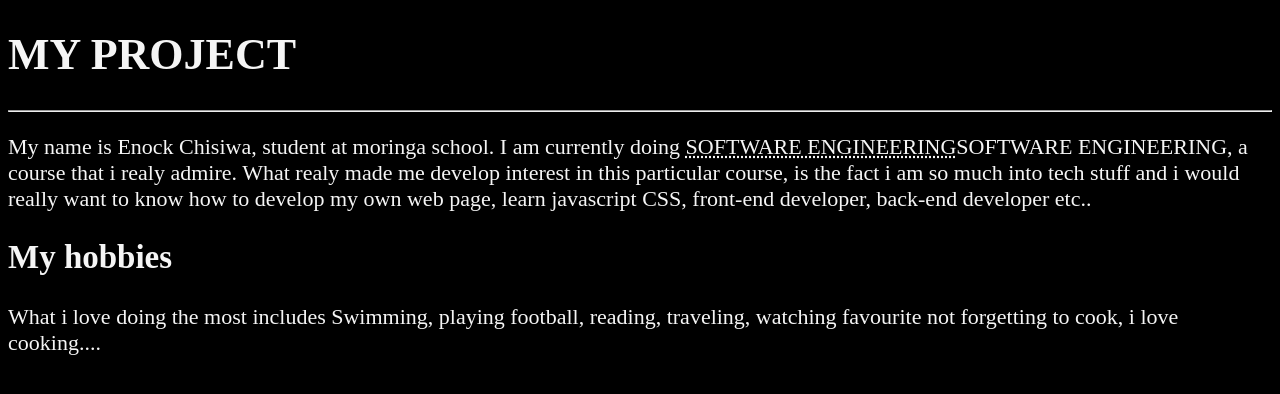
Repository: chiscobyte/README.md
Page: my project/index.html
These files come from the project's save history. The page is drawn as it stood at one moment and after the next save; the edit follows.
The browser window is 1280 px wide. The pictures show the whole page.

Above is the page before, as saved 2025-02-22 18:55:33.

### my project/index.html
<!DOCTYPE html>
<html lang="en">
<head>
    <meta charset="UTF-8">
    <meta name="Author" content="Enock Chisiwa">
    <title>Chisiwa web</title>
    <style>
        html {font-size: 22px
        }

        body {
            background-color: black;
            color: whitesmoke;
        }
    </style>
</head>
<body>
    <h1>MY PROJECT</h1>

    <hr>

    <p>My name is Enock Chisiwa, student at moringa school. I am currently doing <abbr title="">SOFTWARE ENGINEERING</abbr>SOFTWARE ENGINEERING,
    a course that i realy admire. What realy made me develop interest in this particular course, is
    the fact i am so much into tech stuff and i would really want to know how to develop my own web page,
    learn javascript CSS, front-end developer, back-end developer etc..</p>

    <h2>My hobbies</h2>
   <p>What i love doing the most includes Swimming, playing football, reading, traveling, watching favourite
      not forgetting to cook, i love cooking....</p>




</body>
</html>

After the next save:
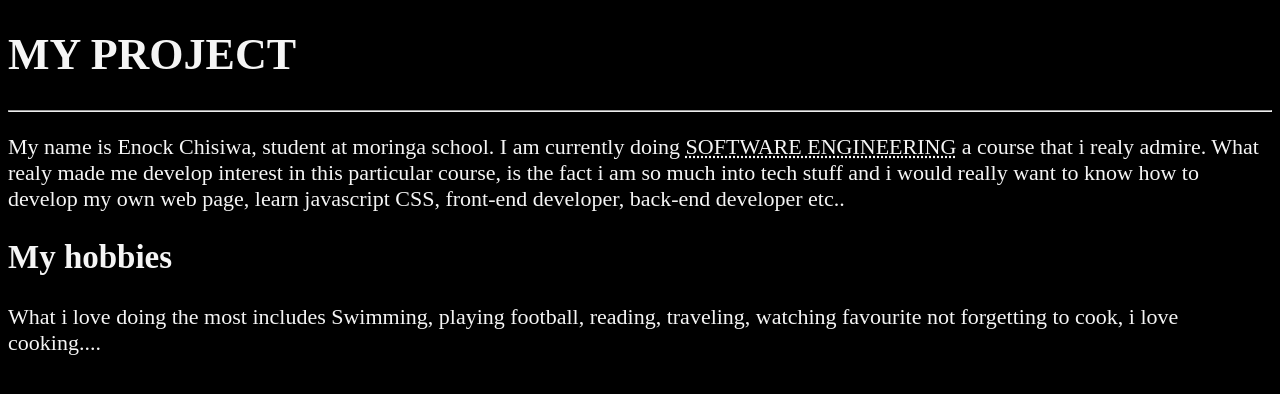
Saved 2 min 34 s later.
--- a/my project/index.html
+++ b/my project/index.html
@@ -19,8 +19,7 @@
 
     <hr>
 
-    <p>My name is Enock Chisiwa, student at moringa school. I am currently doing <abbr title="">SOFTWARE ENGINEERING</abbr>SOFTWARE ENGINEERING,
-    a course that i realy admire. What realy made me develop interest in this particular course, is
+    <p>My name is Enock Chisiwa, student at moringa school. I am currently doing <abbr title="">SOFTWARE ENGINEERING</abbr> a course that i realy admire. What realy made me develop interest in this particular course, is
     the fact i am so much into tech stuff and i would really want to know how to develop my own web page,
     learn javascript CSS, front-end developer, back-end developer etc..</p>
 
